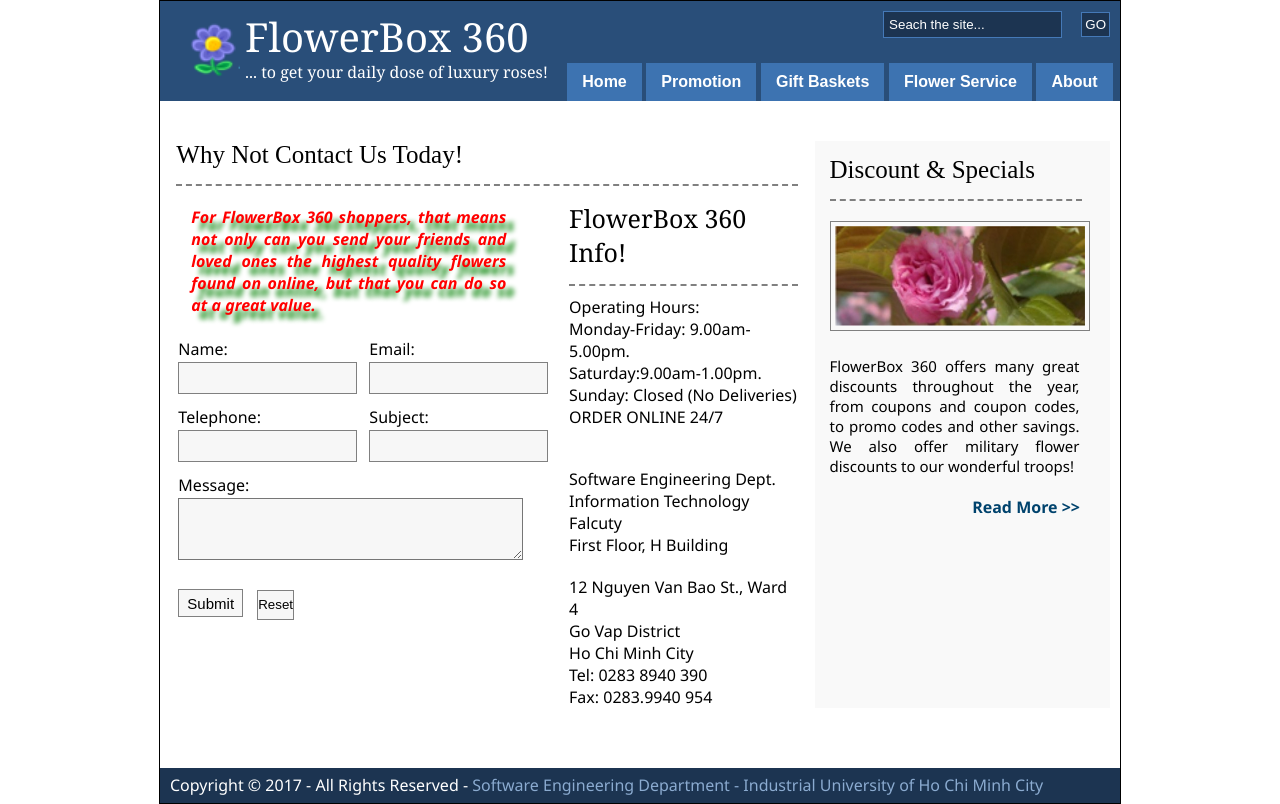
Repository: thu1365/BTKT_WEB
Page: HTML/btkt.html
An editor plug-in stored every save of this project. The page is shown before and after the next save, followed by the edit.
The browser window is 1280 px wide. The pictures show the whole page.

Above is the page before, as saved 2023-03-11 21:15:20.

After the next save:
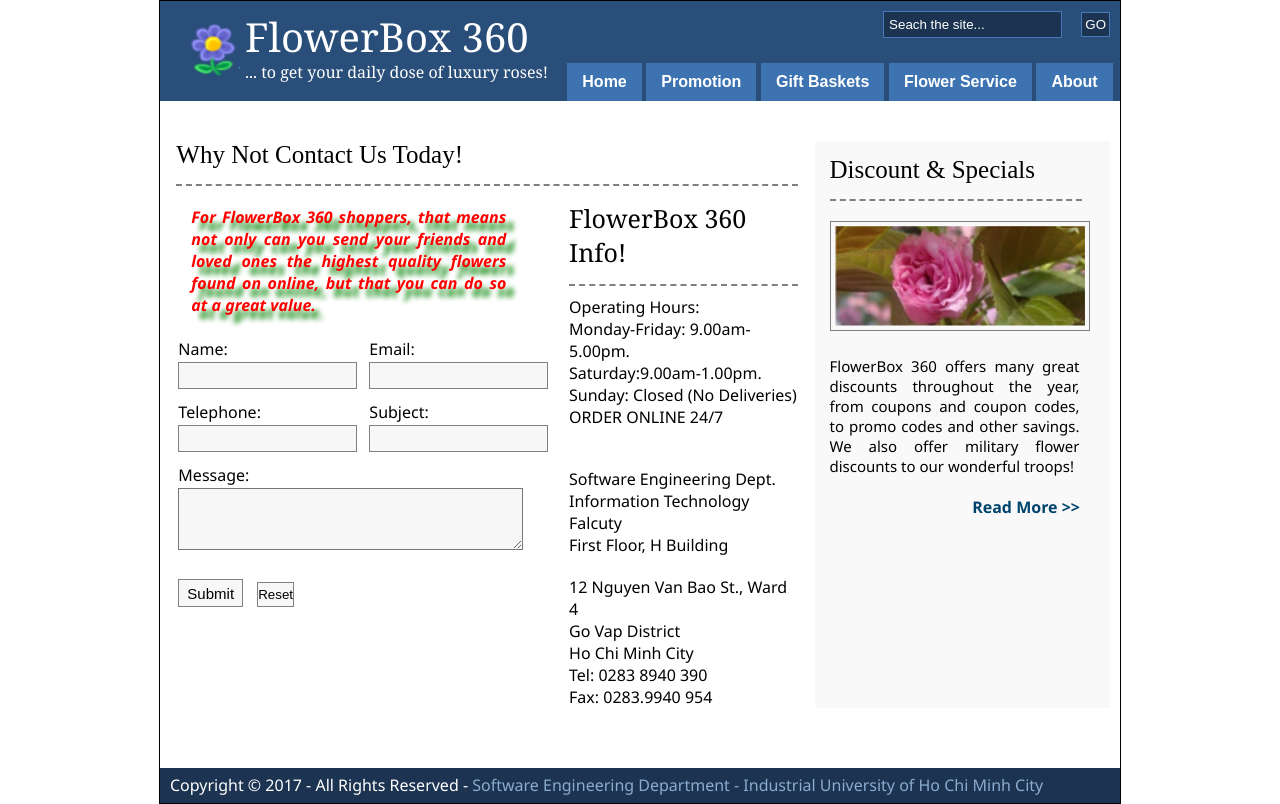
Saved 16 s later.
--- a/HTML/btkt.html
+++ b/HTML/btkt.html
@@ -178,7 +178,7 @@
         }
 
         table input {
-            height: 30px;
+            height: 25px;
             margin-right: 10px;
             margin-bottom: 10px;
             background-color: #f7f7f7;
